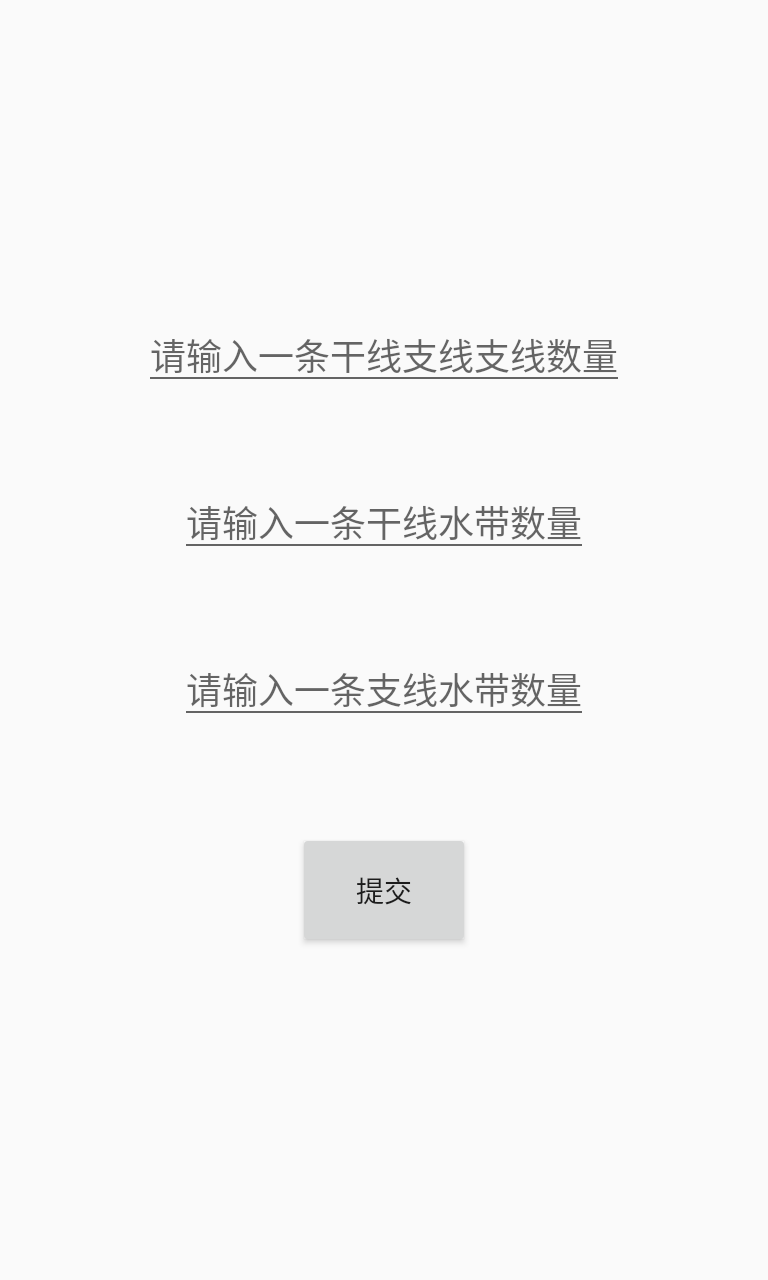
Repository: hohoTT/fireWork_handle_app
Layout: fireWork_handle_app/res/layout/water_power_fire_building.xml
An editor plug-in stored every save of this project. The layout is shown before and after the next save, followed by the edit.
It is drawn on a 768 x 1280 px phone screen (xhdpi) without system bars, with theme AppTheme; the app's code is not run.

Above is the layout before, as saved 2016-03-04 08:36:47.

### fireWork_handle_app/res/layout/water_power_fire_building.xml
<?xml version="1.0" encoding="utf-8"?>
<LinearLayout xmlns:android="http://schemas.android.com/apk/res/android"
    android:layout_width="match_parent"
    android:layout_height="match_parent"
    android:gravity="center_vertical"
    android:orientation="vertical" >

    <EditText
        android:id="@+id/water_power_fire_building_count_feeder"
        android:layout_width="wrap_content"
        android:layout_height="wrap_content"
        android:layout_gravity="center_horizontal"
	    android:layout_margin="20dp"
        android:hint="@string/water_power_fire_building_count_feeder" />

    <EditText
        android:id="@+id/water_power_fire_building_count_groundline_band"
        android:layout_width="wrap_content"
        android:layout_height="wrap_content"
        android:layout_gravity="center_horizontal"
	    android:layout_margin="20dp"
        android:hint="@string/water_power_fire_building_count_groundline_band" />

    <EditText
        android:id="@+id/water_power_fire_building_count_feeder_band"
        android:layout_width="wrap_content"
        android:layout_height="wrap_content"
        android:layout_gravity="center_horizontal"
	    android:layout_margin="20dp"
        android:hint="@string/water_power_fire_building_count_feeder_band" />

    <Button
        android:id="@+id/btu_water_power_fire_building"
        android:layout_width="wrap_content"
        android:layout_gravity="center"
	    android:layout_margin="30dp"
	    android:padding="20dp"
        android:layout_height="wrap_content"

        android:text="@string/btn_send" />

</LinearLayout>

### fireWork_handle_app/res/values/strings.xml
<?xml version="1.0" encoding="utf-8"?>
<resources>

    <string name="app_name">fireWork_handle_app</string>
    <string name="fire_calculate">现场计算</string>
    <string name="fire_agent">火灾剂用量计算</string>
    <string name="fire_plan">火灾预案</string>
    <string name="normal_fire">一般火灾计算</string>
    <string name="normal_fire_result">一般火灾用水量计算结果</string>
    <string name="oilcan_fire">油罐火灾情况下的计算</string>
    <string name="olican_fire_water">冷却用水量计算</string>
    <string name="olican_fire_foam">泡沫用量计算</string>
    <string name="olican_fire_water_result">该油罐火灾用水量计算结果</string>
    <string name="oilcan_fire_foam_result">该油罐火灾泡沫用量计算结果</string>
    <string name="water_power">供水压力计算</string>
    <string name="water_power_fire">火场供水压力计算</string>
    <string name="water__power_pump">水泵接合器供水技术计算</string>
    <string name="water_power_fire_building">建筑火灾供水压力计算</string>
    <string name="water_power_fire_oilcan">油罐火灾供水压力计算</string>
    <string name="water_power_fire_building_result">建筑火灾火场供水压力计算</string>


    <string name="btu_water_power">供水压力计算</string>
    <string name="btu_oilcan_fire">油罐火灾计算</string>
    <string name="fire_area">请输入过火面积</string>
    <string name="olican_diameter">请输入油罐直径</string>
    <string name="text_olican_type">请选择您需要计算的油罐类型:</string>
    <string name="olican_type_fixed">固定顶油罐</string>
    <string name="olican_type_drift">浮顶油罐</string>
    <string name="olican_fire_foam_area">请输入油罐的燃烧面积</string>
    <string name="olican_fire_foam_flow">请输入流量</string>
    <string name="water_power_fire_building_count_feeder">请输入一条干线支线支线数量</string>
    <string name="water_power_fire_building_count_groundline_band">请输入一条干线水带数量</string>
    <string name="water_power_fire_building_count_feeder_band">请输入一条支线水带数量</string>



    <string name="text_water">一般火灾中每秒的用水量为：</string>
    <string name="text_fire_time">10吨消防车可持续灭火的时间为：</string>
    <string name="text_oilcan_fire_water">该油罐火灾中每秒的用水量为：</string>
    <string name="text_oilcan_fire_foam_water">该油罐火灾中水的用量为：</string>
    <string name="text_oilcan_fire_form_stoste">该油罐火灾中泡沫原液的用量为：</string>


    <string name="btn_send">提交</string>

    <string name="hello_world">Hello world!</string>
    <string name="action_settings">Settings</string>





</resources>

Loaded but not shown: fireWork_handle_app/res/values/styles.xml (common file); fireWork_handle_app/res/values-v11/styles.xml (common file); fireWork_handle_app/res/values-v14/styles.xml (common file)

After the next save:
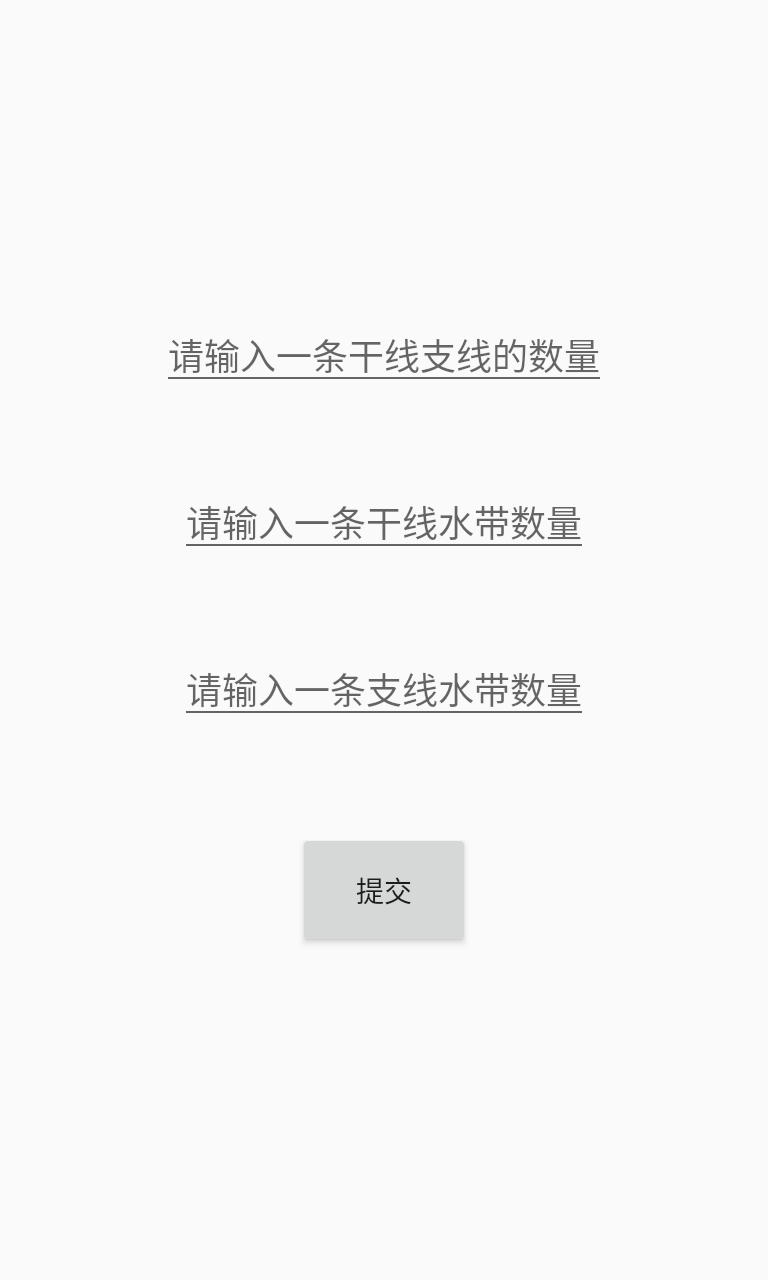
Saved 72 s later.
--- a/fireWork_handle_app/res/values/strings.xml
+++ b/fireWork_handle_app/res/values/strings.xml
@@ -29,7 +29,7 @@
     <string name="olican_type_drift">浮顶油罐</string>
     <string name="olican_fire_foam_area">请输入油罐的燃烧面积</string>
     <string name="olican_fire_foam_flow">请输入流量</string>
-    <string name="water_power_fire_building_count_feeder">请输入一条干线支线支线数量</string>
+    <string name="water_power_fire_building_count_feeder">请输入一条干线支线的数量</string>
     <string name="water_power_fire_building_count_groundline_band">请输入一条干线水带数量</string>
     <string name="water_power_fire_building_count_feeder_band">请输入一条支线水带数量</string>
 
